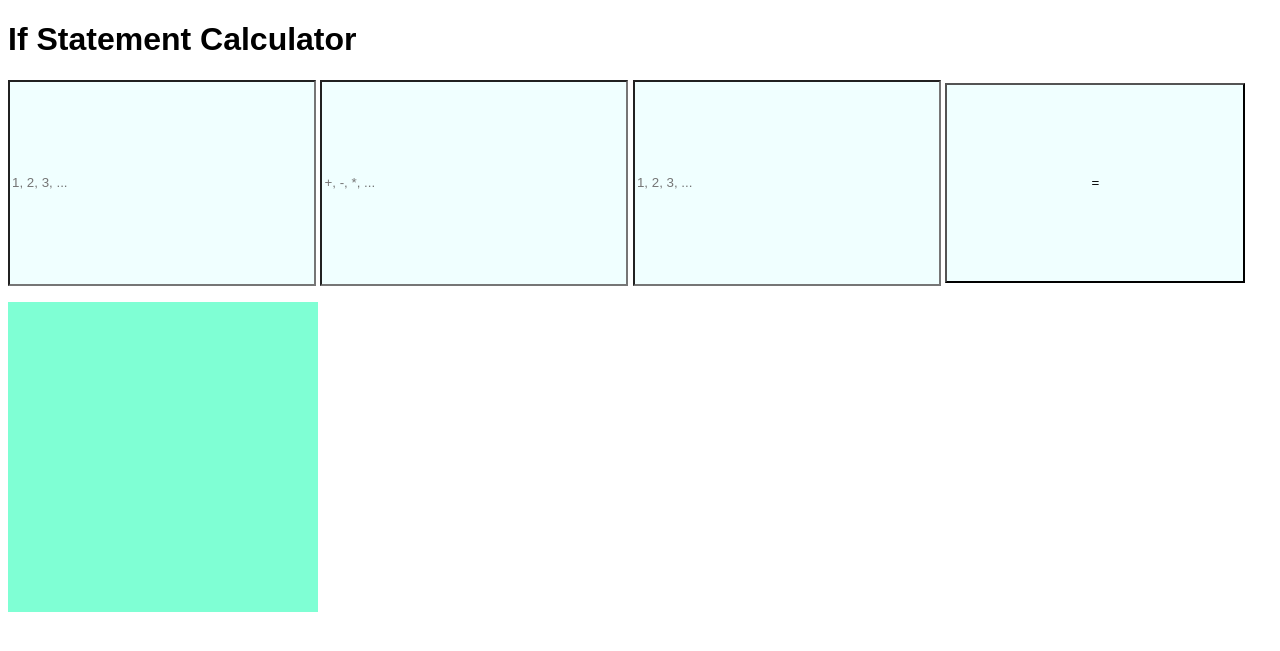
Repository: WesleyErasmus/threeInputCalculator
Page: html/if-calculator.html
These files come from the project's save history. The page is drawn as it stood at one moment and after the next save; the edit follows.
The browser window is 1280 px wide. The pictures show the whole page.

Above is the page before, as saved 2022-04-27 22:08:52.

After the next save:
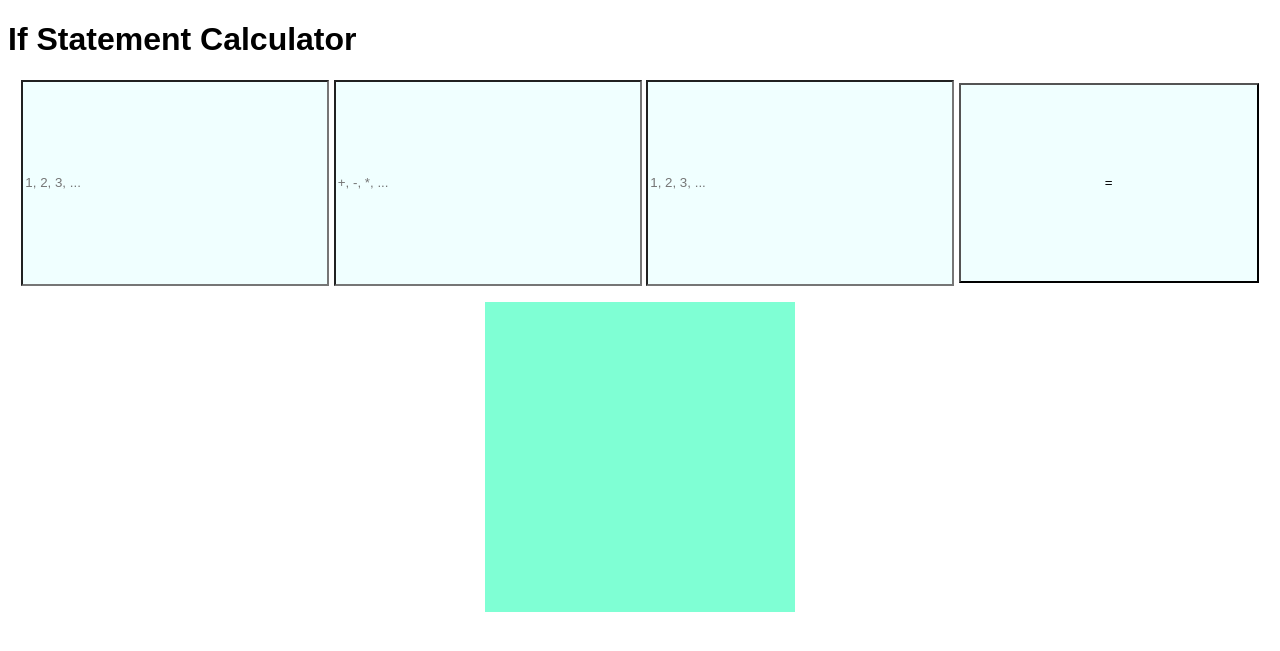
Saved 38 s later.
--- a/html/if-calculator.html
+++ b/html/if-calculator.html
@@ -11,6 +11,7 @@
 </head>
 <body>
 <h1>If Statement Calculator</h1>
+<center>
     <form onsubmit="return false;">
         <!-- <div class="inputField"> -->
         <!-- <label for="input1">Enter a number</label> -->
@@ -27,6 +28,6 @@
          <button onclick="sum()">=</button>
          <p id="output"></p>
     </form>
-
+</center>
 </body>
 </html>
